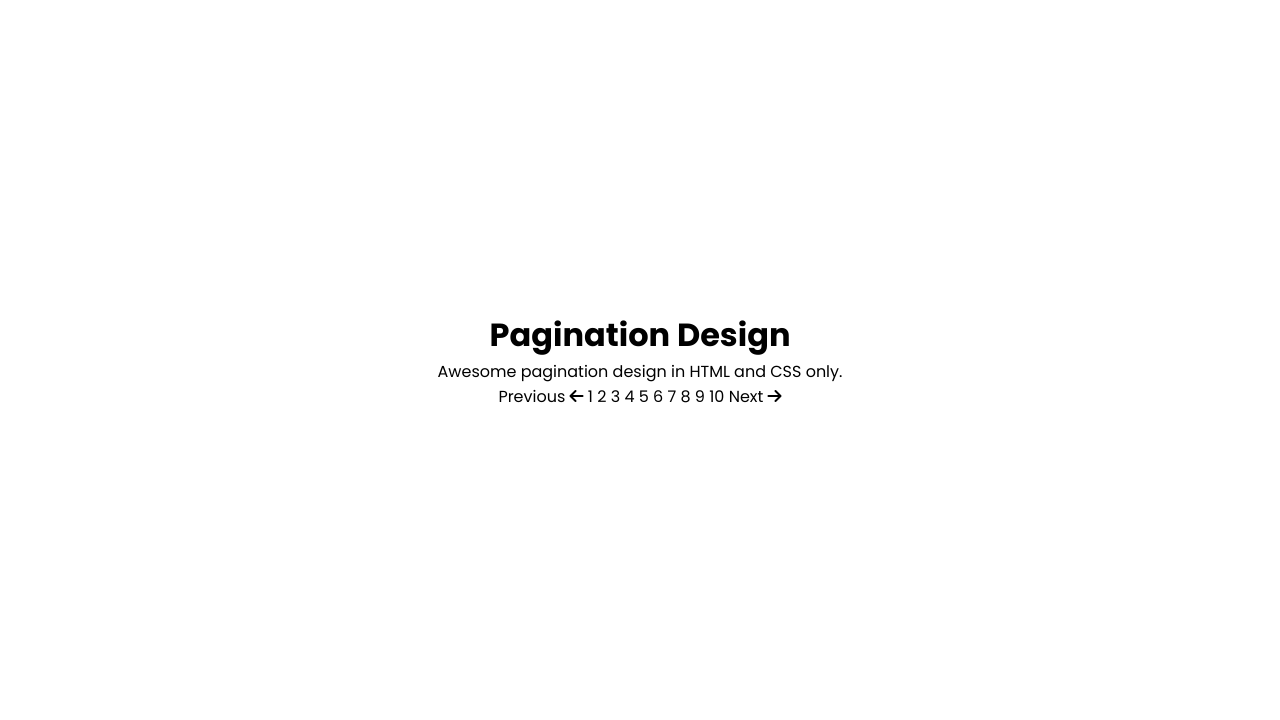
Repository: Ankitkr2021/Awesome-Pagination
Page: index.html
The author's editor kept a copy of each file at every save. The page is drawn from the files as they stood at one save, then again after the next save.
The browser window is 1280 px wide. The pictures show the whole page.

Above is the page before, as saved 2025-10-02 08:54:50.

After the next save:
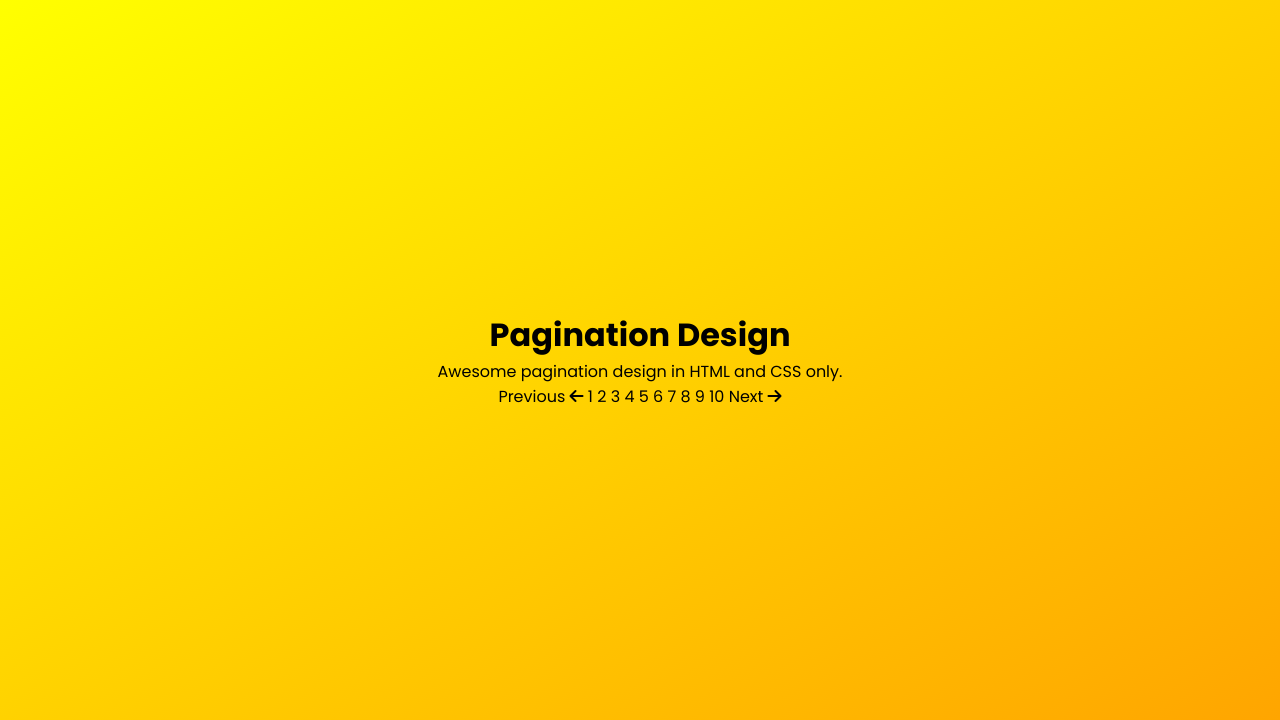
Saved 14 s later.
--- a/style.css
+++ b/style.css
@@ -13,7 +13,7 @@ body{
    align-items: center;
     height: 100vh;
     width: 100%;
-    background: linear-gradient(to bottom yellow);
+    background: linear-gradient(to bottom right, yellow, orange);
 }
 
 .page{
